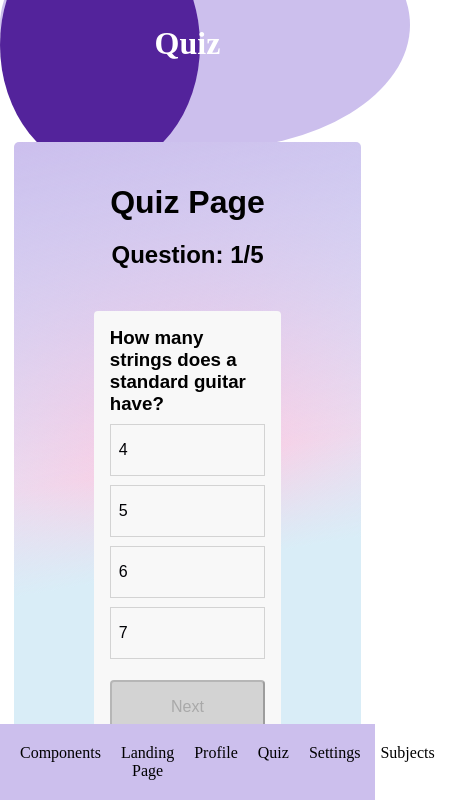
Repository: 1medi/pocketprof
Page: /quiz/page
The author's editor kept a copy of each file at every save. The page is drawn from the files as they stood at one save, then again after the next save.
The browser window is 375 px wide. The page is 475 px wide, then 375 px, so the pictures cover 475 px, including what lies to the right of the window. The pictures show the whole page.
The project was rebuilt for these pictures with package versions that can differ from the ones it lists, and the page was loaded fresh each time. The framework's server and built-in components were replaced by stand-ins that run in the browser. Also part of the build but not shown: next.config.mjs, Components/Buttons/Oscar/Oscar.module.css, Components/Buttons/Oscar/index.js.

Above is the page before, as saved 2024-04-13 19:47:15.

After the next save:
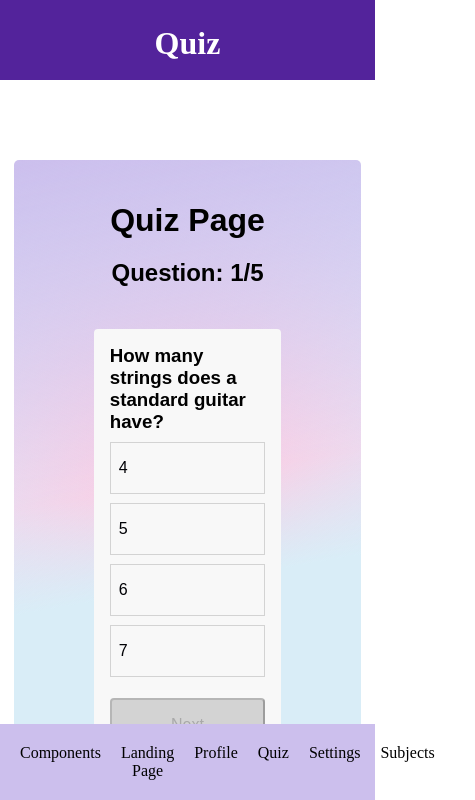
Saved 90 s later.
--- a/Components/Header/Header.module.css
+++ b/Components/Header/Header.module.css
@@ -1,4 +1,9 @@
-@media only screen and (max-width:430px) {
+.header{
+  background-color: var(--main-color-purple);
+  width: 100%;
+  max-height: 300px;
+  height: 5em;
+}
 
 .headerTitle{
   text-align: center;
@@ -8,39 +13,3 @@
   color: white;
   padding-top: 25px;
 }
-.circle-content {
-  position: relative;
-  z-index: 1;
-  padding: 20px;
-}
-
-.circles {
-  position: absolute;
-  width: 100%;
-  height: 100%;
-  z-index: -999;
-  left:100px;
-  bottom:300px;
-  animation: 1s ease-out 0s 1 slideInFromLeft;
-}
-
-.circleOne {
-  background-color: var(--main-color-lightpurple);
-  width: 410px;
-  height: 250px;
-  margin-top: 200px;
-  margin-left: -100px;
-  position: absolute;
-  border-radius: 50%;
-}
-
-.circleTwo {
-  background-color: var(--main-color-purple);
-  width: 200px;
-  height: 250px;
-  margin-top: 220px;
-  margin-left: -100px;
-  position: absolute;
-  border-radius: 50%;
-}
-}
